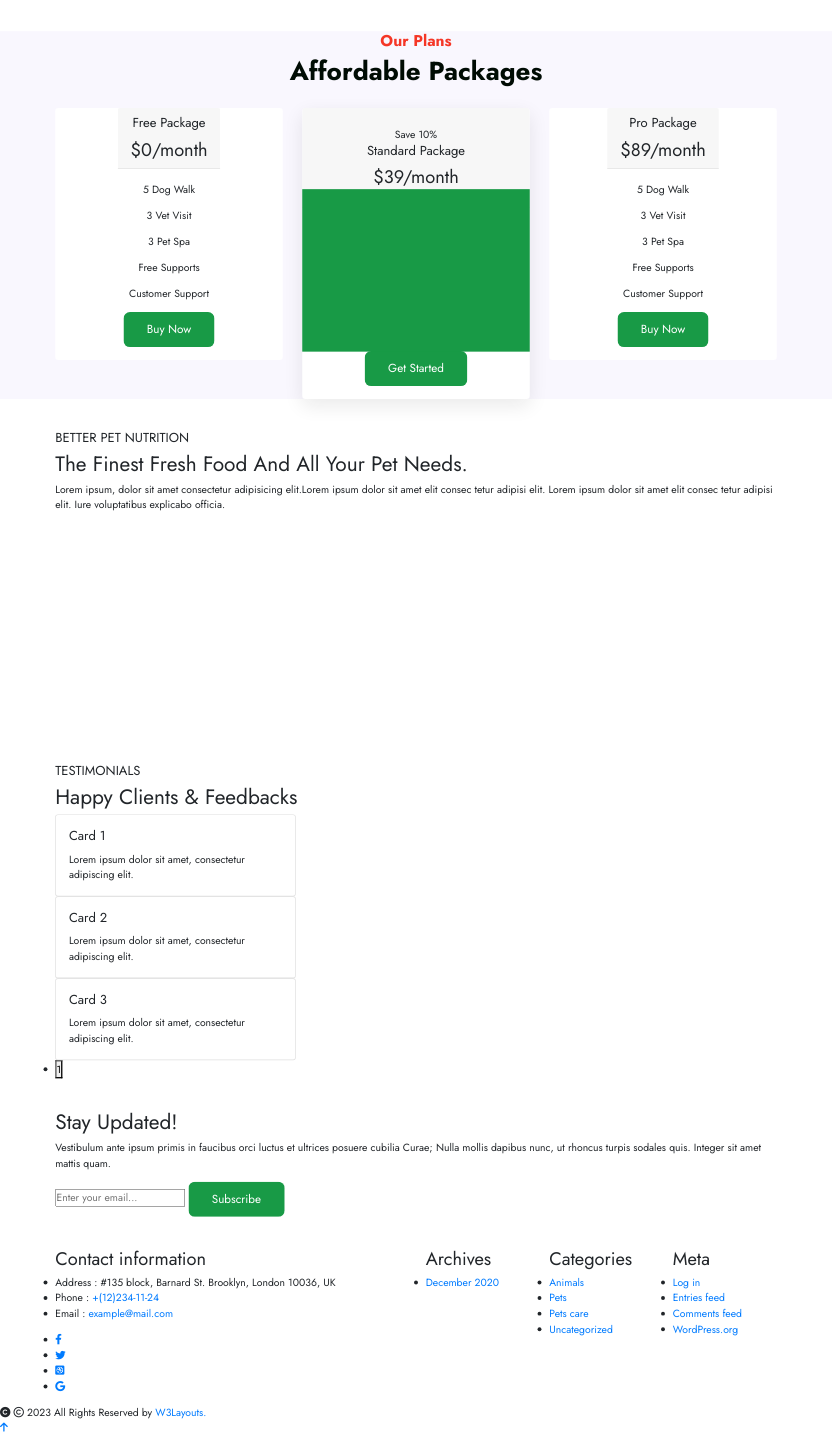
Repository: thanhfrankie/poochcare
Page: index.html
An editor plug-in stored every save of this project. The page is shown before and after the next save, followed by the edit.
The browser window is 1280 px wide. The pictures show the whole page, at 65% of full size.
Pictures or frames that could not be fetched are drawn as grey boxes.

Above is the page before, as saved 2023-12-20 22:11:22.

### index.html
<!DOCTYPE html>
<html lang="en">
  <head>
    <title>Pooch Care</title>
    <!-- Required meta tags -->
    <meta charset="utf-8" />
    <meta
      name="viewport"
      content="width=device-width, initial-scale=1, shrink-to-fit=no"
    />
    <!-- FONT AWESOME -->
    <link
      rel="stylesheet"
      href="https://cdnjs.cloudflare.com/ajax/libs/font-awesome/6.4.2/css/all.min.css"
      integrity="sha512-z3gLpd7yknf1YoNbCzqRKc4qyor8gaKU1qmn+CShxbuBusANI9QpRohGBreCFkKxLhei6S9CQXFEbbKuqLg0DA=="
      crossorigin="anonymous"
      referrerpolicy="no-referrer"
    />
    <!-- Bootstrap CSS -->
    <link
      rel="stylesheet"
      href="https://stackpath.bootstrapcdn.com/bootstrap/4.3.1/css/bootstrap.min.css"
      integrity="sha384-ggOyR0iXCbMQv3Xipma34MD+dH/1fQ784/j6cY/iJTQUOhcWr7x9JvoRxT2MZw1T"
      crossorigin="anonymous"
    />
    <!-- Font Jost -->
    <link rel="preconnect" href="https://fonts.googleapis.com" />
    <link rel="preconnect" href="https://fonts.gstatic.com" crossorigin />
    <link
      href="https://fonts.googleapis.com/css2?family=Jost:wght@300;400;700&display=swap"
      rel="stylesheet"
    />
    <!-- Pricing CSS -->
    <link rel="stylesheet" href="./css/pricing.css" />
    <!-- pet food CSS (em đặt tên nutrition hay pet-nutrition hay pet__nutrition nó không cho đặt vậy ạ) -->
    <link rel="stylesheet" href="./css/petfood.css" />
    <!-- Testimonials CSS -->
    <link rel="stylesheet" href="./css/testimonials.css" />
    <!-- Subscribe CSS -->
    <link rel="stylesheet" href="./css/subscribe.css" />
    <!-- footer CSS -->
    <link rel="stylesheet" href="./css/footer.css" />
    <!-- Main CSS -->
    <link rel="stylesheet" href="./css/style.css" />
  </head>
  <body>
    <!-- Pricing -->
    <section class="pricing" id="pricing">
      <div class="container mt-5">
        <div class="title">
          <h4>Our Plans</h4>
          <h2>Affordable Packages</h2>
        </div>
        <div class="row mt-6">
          <!-- Pricing Card 1 -->
          <div class="col-lg-4">
            <div class="card">
              <div class="card-header">
                <h5 class="card-title">Free Package</h5>
                <h3 class="card-text">$0/month</h3>
              </div>
              <div class="card-body">
                <p class="card-text">5 Dog Walk</p>
                <p class="card-text">3 Vet Visit</p>
                <p class="card-text">3 Pet Spa</p>
                <p class="card-text">Free Supports</p>
                <p class="card-text">Customer Support</p>
                <a href="#" class="btn btn-buy">Buy Now</a>
              </div>
            </div>
          </div>

          <!-- Pricing Card 2 -->
          <div class="col-lg-4">
            <div class="card card2">
              <div class="card-header">
                <div class="card-save">Save 10%</div>
                <h5 class="card-title">Standard Package</h5>
                <h3 class="card-text">$39/month</h3>
              </div>
              <div class="card-body">
                <p class="card-text">5 Dog Walk</p>
                <p class="card-text">3 Vet Visit</p>
                <p class="card-text">3 Pet Spa</p>
                <p class="card-text">Free Supports</p>
                <p class="card-text">Customer Support</p>
                <a href="#" class="btn btn-buy">Get Started</a>
              </div>
            </div>
          </div>

          <!-- Pricing Card 3 -->
          <div class="col-lg-4">
            <div class="card">
              <div class="card-header">
                <h5 class="card-title">Pro Package</h5>
                <h3 class="card-text">$89/month</h3>
              </div>
              <div class="card-body">
                <p class="card-text">5 Dog Walk</p>
                <p class="card-text">3 Vet Visit</p>
                <p class="card-text">3 Pet Spa</p>
                <p class="card-text">Free Supports</p>
                <p class="card-text">Customer Support</p>
                <a href="#" class="btn btn-buy">Buy Now</a>
              </div>
            </div>
          </div>
        </div>
      </div>
    </section>
    <!-- PET NUTRITION -->
    <section class="nutrition">
      <div class="container mt-5">
        <h5>BETTER PET NUTRITION</h5>
        <h2>The Finest Fresh Food And All Your Pet Needs.</h2>
        <p>
          Lorem ipsum, dolor sit amet consectetur adipisicing elit.Lorem ipsum
          dolor sit amet elit consec tetur adipisi elit. Lorem ipsum dolor sit
          amet elit consec tetur adipisi elit. Iure voluptatibus explicabo
          officia.
        </p>
        <iframe
          width="560"
          height="315"
          src="https://www.youtube.com/embed/JXUTJNv4j6A?si=1nzgvqwKbkVzJ4BS"
          title="YouTube video player"
          frameborder="0"
          allow="accelerometer; autoplay; clipboard-write; encrypted-media; gyroscope; picture-in-picture; web-share"
          allowfullscreen
        ></iframe>
      </div>
    </section>
    <!-- TESTIMONIALS -->
    <section class="testimonial">
      <div class="container mt-5">
        <h5>TESTIMONIALS</h5>
        <h2>Happy Clients & Feedbacks</h2>
        <div class="slick-carousel">
          <!-- Slick Carousel Item 1 -->
          <div class="card">
            <div class="card-body">
              <h5 class="card-title">Card 1</h5>
              <p class="card-text">
                Lorem ipsum dolor sit amet, consectetur adipiscing elit.
              </p>
            </div>
          </div>

          <!-- Slick Carousel Item 2 -->
          <div class="card">
            <div class="card-body">
              <h5 class="card-title">Card 2</h5>
              <p class="card-text">
                Lorem ipsum dolor sit amet, consectetur adipiscing elit.
              </p>
            </div>
          </div>

          <!-- Slick Carousel Item 3 -->
          <div class="card">
            <div class="card-body">
              <h5 class="card-title">Card 3</h5>
              <p class="card-text">
                Lorem ipsum dolor sit amet, consectetur adipiscing elit.
              </p>
            </div>
          </div>
        </div>
      </div>
    </section>
    <!-- Subscribe -->
    <section class="subscribe">
      <div class="container mt-5">
        <h2>Stay Updated!</h2>
        <p>
          Vestibulum ante ipsum primis in faucibus orci luctus et ultrices
          posuere cubilia Curae; Nulla mollis dapibus nunc, ut rhoncus turpis
          sodales quis. Integer sit amet mattis quam.
        </p>
        <input
          type="email"
          name=""
          id="subscribe"
          placeholder="Enter your email..."
        />
        <button class="btn">Subscribe</button>
      </div>
    </section>
    <footer>
      <div class="container mt-5">
        <div class="row">
          <div class="col-lg-6">
            <h3>Contact information</h3>
            <ul class="footer__contact">
              <li>
                Address : #135 block, Barnard St. Brooklyn, London 10036, UK
              </li>
              <li>
                Phone :
                <span>
                  <a href="#">+(12)234-11-24</a>
                </span>
              </li>
              <li>
                Email :
                <span>
                  <a href="#">example@mail.com</a>
                </span>
              </li>
            </ul>
            <ul class="footer__social">
              <li>
                <a href="https://www.facebook.com/w3layouts/">
                  <i class="fa-brands fa-facebook-f"></i
                ></a>
              </li>
              <li>
                <a href="https://twitter.com/W3layouts"
                  ><i class="fa-brands fa-twitter"></i
                ></a>
              </li>
              <li>
                <a href="https://dribbble.com/w3layouts"
                  ><i class="fa-brands fa-square-dribbble"></i
                ></a>
              </li>
              <li>
                <a href="https://myaccount.google.com/intro/profile"
                  ><i class="fa-brands fa-google"></i
                ></a>
              </li>
            </ul>
          </div>
          <div class="col-lg-6">
            <div class="row">
              <div class="col-sm-4">
                <h3>Archives</h3>
                <ul>
                  <li>
                    <a href="#"> December 2020 </a>
                  </li>
                </ul>
              </div>
              <div class="col-sm-4">
                <h3>Categories</h3>
                <ul>
                  <li>
                    <a href="#"> Animals </a>
                  </li>
                  <li>
                    <a href="#"> Pets </a>
                  </li>
                  <li>
                    <a href="#"> Pets care </a>
                  </li>
                  <li>
                    <a href="#"> Uncategorized </a>
                  </li>
                </ul>
              </div>
              <div class="col-sm-4">
                <h3>Meta</h3>
                <ul>
                  <li>
                    <a href="#"> Log in </a>
                  </li>
                  <li>
                    <a href="#"> Entries feed </a>
                  </li>
                  <li>
                    <a href="#"> Comments feed </a>
                  </li>
                  <li>
                    <a href="#"> WordPress.org </a>
                  </li>
                </ul>
              </div>
            </div>
          </div>
        </div>
      </div>
      <div class="copyright">
        <i class="fa fa-copyright" aria-hidden="true"></i>
        <i class="fa-regular fa-copyright"></i>
        <span
          >2023 All Rights Reserved by
          <a href="https://w3layouts.com/">W3Layouts.</a></span
        >
      </div>
    </footer>
    <a href="#" class="backToTop cd-top text-replace js-cd-top">
      <i class="fa fa-arrow-up"></i>
    </a>
    <!-- Optional JavaScript -->
    <!-- jQuery first, then Popper.js, then Bootstrap JS -->
    <script
      src="https://code.jquery.com/jquery-3.3.1.slim.min.js"
      integrity="sha384-q8i/X+965DzO0rT7abK41JStQIAqVgRVzpbzo5smXKp4YfRvH+8abtTE1Pi6jizo"
      crossorigin="anonymous"
    ></script>
    <script
      src="https://cdnjs.cloudflare.com/ajax/libs/popper.js/1.14.7/umd/popper.min.js"
      integrity="sha384-UO2eT0CpHqdSJQ6hJty5KVphtPhzWj9WO1clHTMGa3JDZwrnQq4sF86dIHNDz0W1"
      crossorigin="anonymous"
    ></script>
    <script
      src="https://stackpath.bootstrapcdn.com/bootstrap/4.3.1/js/bootstrap.min.js"
      integrity="sha384-JjSmVgyd0p3pXB1rRibZUAYoIIy6OrQ6VrjIEaFf/nJGzIxFDsf4x0xIM+B07jRM"
      crossorigin="anonymous"
    ></script>
    <!-- slick carousel  -->
    <script
      src="https://cdnjs.cloudflare.com/ajax/libs/slick-carousel/1.8.1/slick.min.js"
      integrity="sha512-XtmMtDEcNz2j7ekrtHvOVR4iwwaD6o/FUJe6+Zq+HgcCsk3kj4uSQQR8weQ2QVj1o0Pk6PwYLohm206ZzNfubg=="
      crossorigin="anonymous"
      referrerpolicy="no-referrer"
    ></script>
    <script>
      // Initialize Slick Carousel
      $(".slick-carousel").slick({
        slidesToShow: 3,
        slidesToScroll: 1,
        dots: true,
        prevArrow: '<button type="button" class="slick-prev">&#9665;</button>',
        nextArrow: '<button type="button" class="slick-next">&#9655;</button>',
        responsive: [
          {
            breakpoint: 768,
            settings: {
              slidesToShow: 2,
            },
          },
          {
            breakpoint: 576,
            settings: {
              slidesToShow: 1,
            },
          },
        ],
      });
    </script>
  </body>
</html>

### css/pricing.css
.pricing {
  background-color: #f9f7fe;
}
.pricing .container {
  width: 100%;
}
.pricing .container .title {
  display: flex;
  justify-content: center;
  align-items: center;
  flex-direction: column;
  padding-bottom: 25px;
}
.pricing .container .title h4 {
  color: #f53626;
  font-weight: 550;
}
.pricing .title h2 {
  font-size: 40px;
  font-weight: 600;
  line-height: 48px;
  text-transform: capitalize;
  color: #000c04;
}
.pricing .container .row {
  /* border: 1px solid blue; */
}
.pricing .container .row .card {
  display: flex;
  justify-content: center;
  align-items: center;
  flex-direction: column;
  text-align: center;
  background-color: #ffffff;
  border-radius: 5px;
  border: none;
}
.pricing .container .row .card2 {
  box-shadow: 0 10px 30px 0 rgba(17, 17, 17, 0.09);
  z-index: 1;
}
.pricing .container .row .card2 .card-header {
  width: 100%;
  padding: 30px 0;
  /* background-color: #189a46; */
  border-top-right-radius: 5px;
  border-top-left-radius: 5px;
  line-height: 1.5;
}
.pricing .container .row .card2 .card-header::before {
    content: "";
    width: 100%;
    height: 250px;
    position: absolute;
    top: 0;
    left: 0;
    background-color: #189a46;
    transform: translateY(50%);
}
.btn-buy,.btn {
    background-color: #189a46;
    padding: 12px 35px;
    font-size: 18px;
    line-height: 28px;
    text-transform: capitalize;
    font-weight: 400;
    color: white;
    border-radius: 10px;
}
.btn:hover {
    color: #fff;
    background-color: #116E32;
    border-color: #116E32;
}
.pricing .container .row .card2 .btn-buy:hover{
    background-color: #189a46;
    border-color: #189a46;
}

### css/testimonials.css
TESTIMONIALS

### css/style.css
/* Global */
* {
  padding: 0;
  margin: 0;
  box-sizing: border-box;
}
html,
body {
  font-family: "Jost", sans-serif;
}

Loaded but not shown: css/footer.css (no copy from this time; the picture is the same without it); css/petfood.css (no copy from this time; the picture is the same without it); css/subscribe.css (no copy from this time; the picture is the same without it)

After the next save:
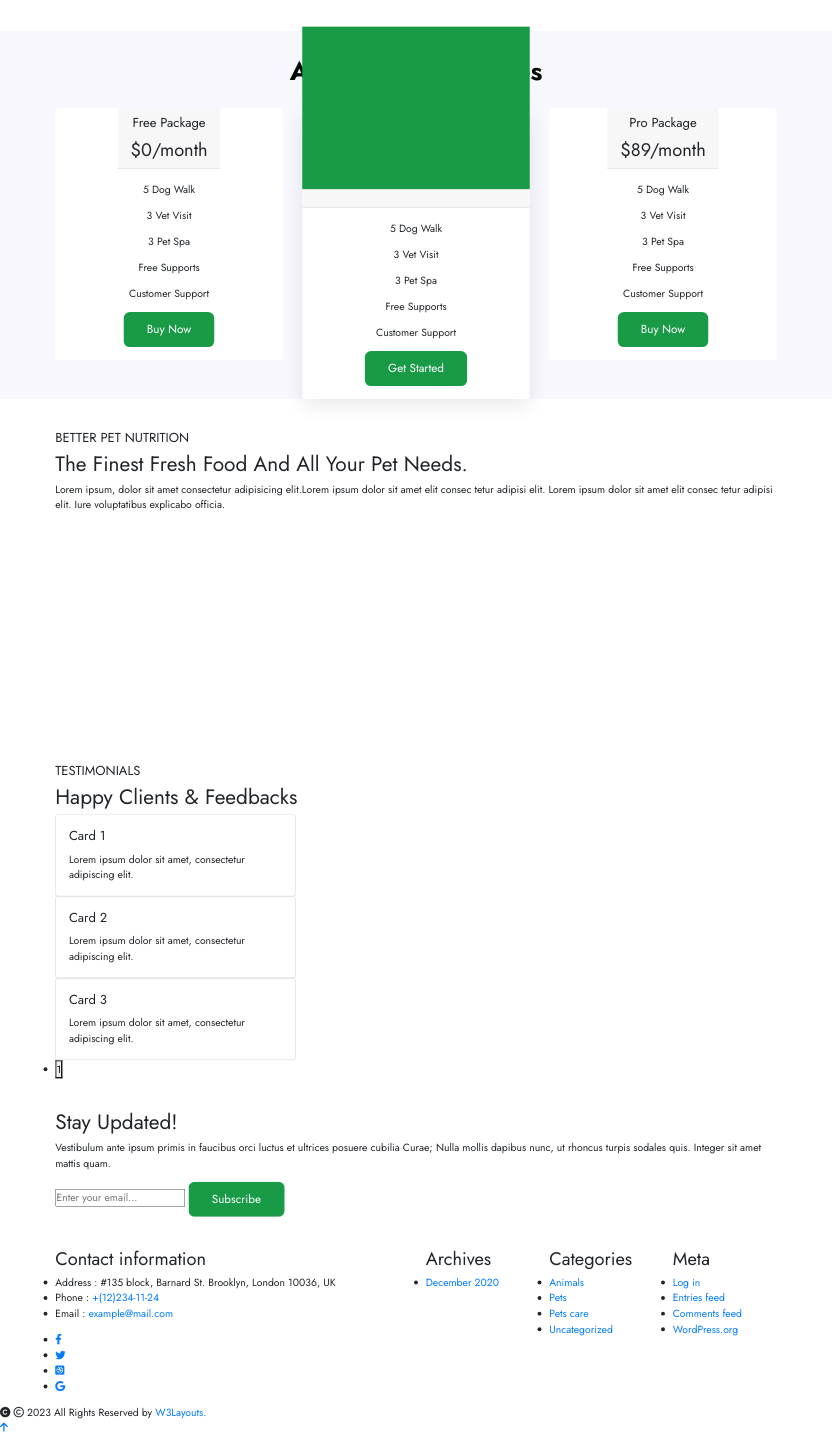
Saved 5 s later.
--- a/css/pricing.css
+++ b/css/pricing.css
@@ -55,7 +55,7 @@
     top: 0;
     left: 0;
     background-color: #189a46;
-    transform: translateY(50%);
+    transform: translateY(-50%);
 }
 .btn-buy,.btn {
     background-color: #189a46;
